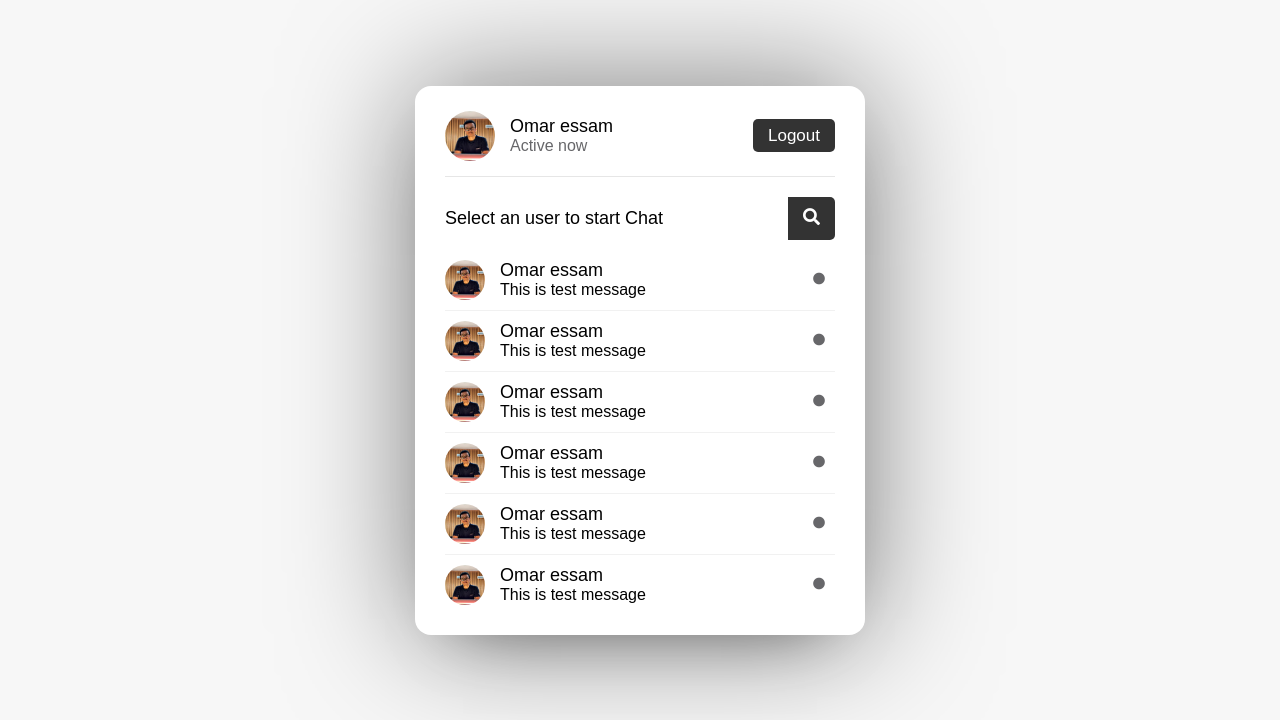
Repository: OmarEssameldinMousa/Chat-Application
Page: http://localhost/users.php
An editor plug-in stored every save of this project. The page is shown before and after the next save, followed by the edit.
The browser window is 1280 px wide. The pictures show the whole page.
After loading, the first visible `button` was clicked once.
The page is run by PHP 8.4 with error messages shown; the project is at /var/www/html/.

Above is the page before, as saved 2023-09-23 02:32:19.

After the next save:
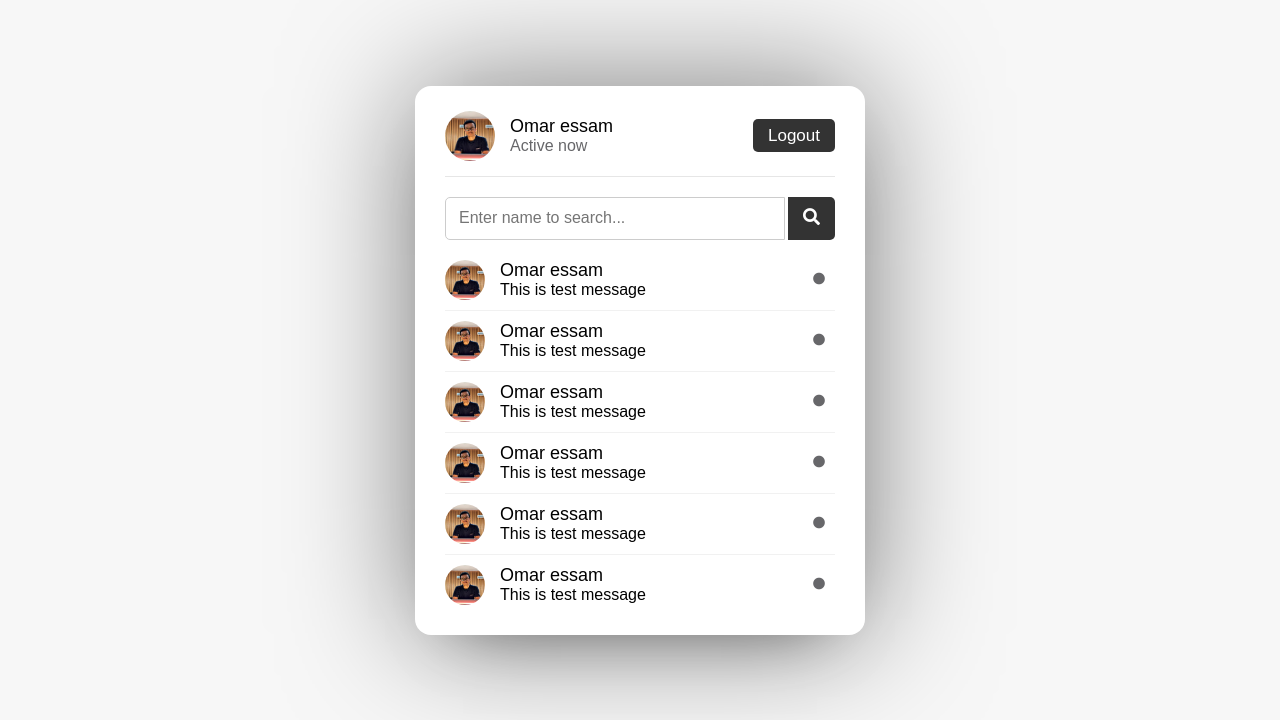
Saved 2 min 0 s later.
--- a/javascript/users.js
+++ b/javascript/users.js
@@ -2,5 +2,6 @@ const searchBar = document.querySelector(".users .search input"),
     searchBtn = document.querySelector(".users .search button");
 
 searchBtn.onclick = () => {
-
+    searchBar.classList.toggle("active");
+    searchBar.focus();
 }
